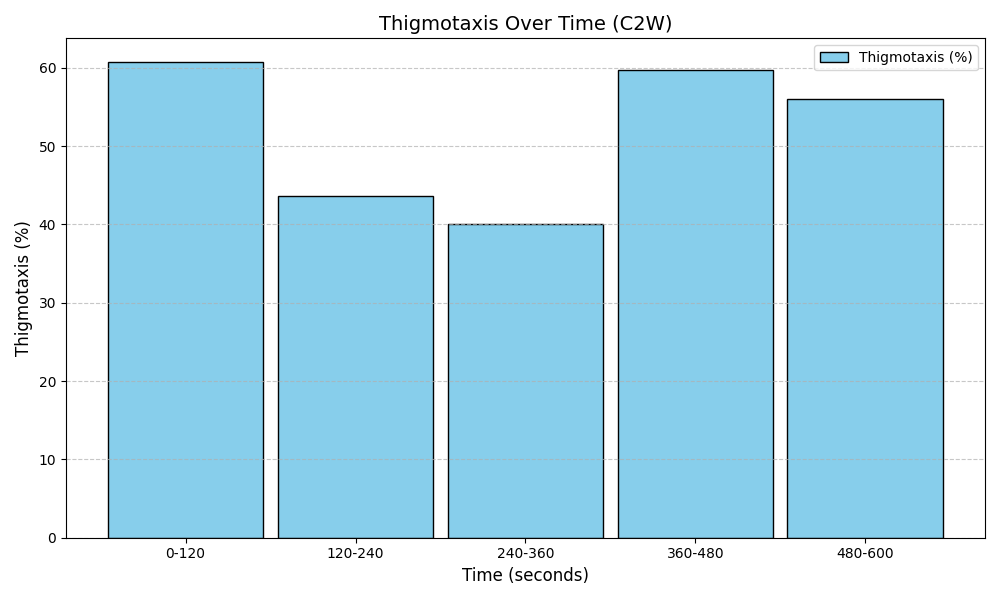
Repository: ZoharBNH5/Behavioral-Testing-Laboratory
Script's output: python bhave_tests.py
These files come from the project's save history. The script's output is drawn as it stood at one moment and after the next save; the edit follows.
Random numbers start from a fixed seed. It also reads C2W_271124_new.mat.

Above is the script's output before, as saved 2024-11-29 12:53:35.

After the next save:
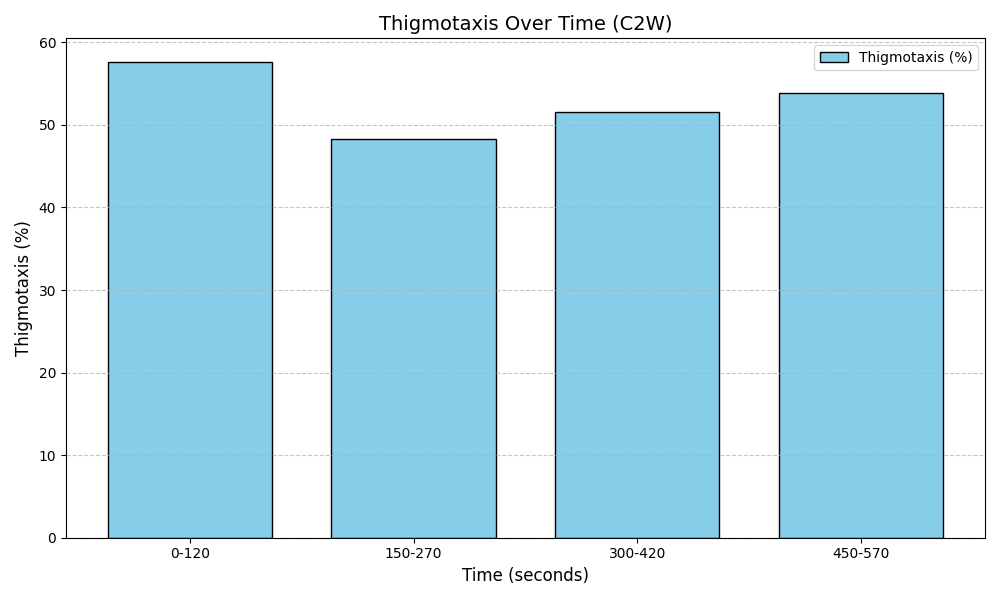
Saved 7 min 13 s later.
--- a/bhave_tests.py
+++ b/bhave_tests.py
@@ -25,7 +25,7 @@ if crossing_times is not None and periphery_times is not None and grooming_start
     grooming_start_stop = grooming_start_stop.T  # Transpose grooming data for easier handling
 
 # Define bins (2-minute intervals over 10 minutes)
-    bin_edges = np.arange(0, 600 + 120, 120)  # Bins of 2 minutes (120 seconds)
+    bin_edges = np.arange(0, 600 + 120, 150)  # Bins of 2 minutes (120 seconds)
     bin_centers = (bin_edges[:-1] + bin_edges[1:]) / 2  # Midpoints for plotting
 
 # Calculate Thigmotaxis per bin
